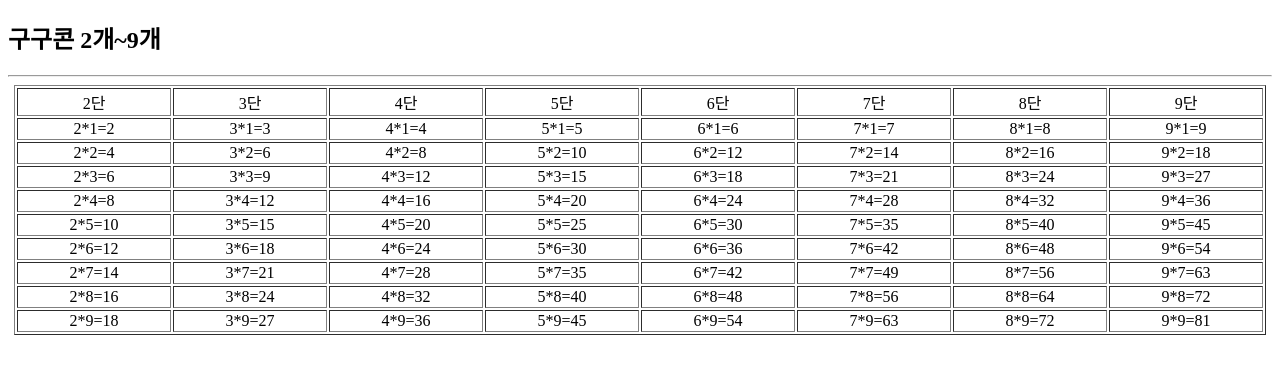
Repository: Leewonhoo/kostaweb
Page: http://localhost/Web_hello/LoopTest.jsp
An editor plug-in stored every save of this project. The page is shown before and after the next save, followed by the edit.
The browser window is 1280 px wide. The pictures show the whole page.
The page is served by Tomcat 9. Other server files are loaded and not shown.

Above is the page before, as saved 2017-09-15 05:24:45.

### Web_hello/WebContent/LoopTest.jsp
<%@ page language="java" contentType="text/html; charset=UTF-8"
    pageEncoding="UTF-8"%>
<!DOCTYPE html PUBLIC "-//W3C//DTD HTML 4.01 Transitional//EN" "http://www.w3.org/TR/html4/loose.dtd">
<html>
<head>
<meta http-equiv="Content-Type" content="text/html; charset=UTF-8">
<title>LoopTest</title>
</head>
<body>
	<h2>구구콘 2개~9개</h2>
	<hr>
	<table border="1" align="center">
		<tr>
			<% for(int i=2; i<10; i++) { %>
				<td align="center" width="150px"><%=i%>단</td>
			<% } %>
		</tr>
		<% for(int i=1; i<10; i++) { %>
			<tr>
			<% for(int j=2; j<10; j++) { %>
				<td align="center"><%=j%>*<%=i%>=<%=(i*j)%></td>
			<% } %>
			</tr>
		<% } %>
	</table>
</body>
</html>

After the next save:
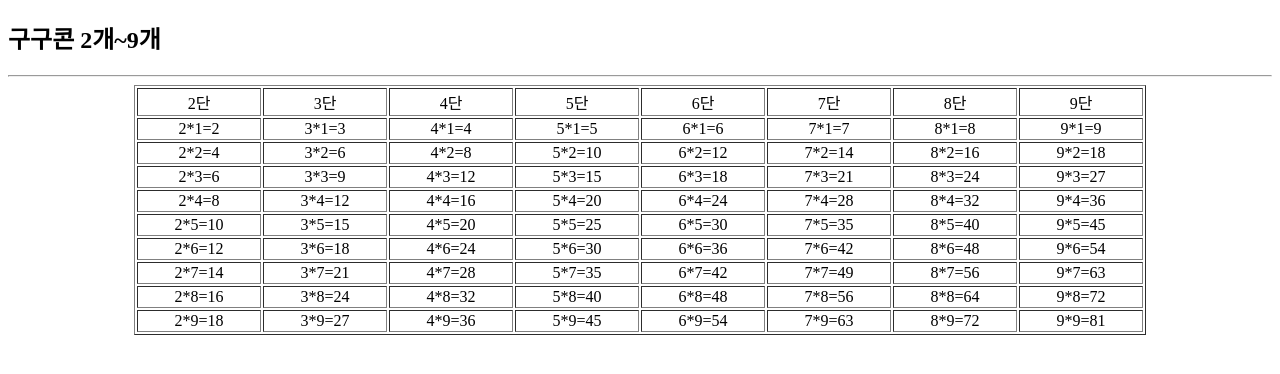
Saved 7 s later.
--- a/Web_hello/WebContent/LoopTest.jsp
+++ b/Web_hello/WebContent/LoopTest.jsp
@@ -12,7 +12,7 @@
 	<table border="1" align="center">
 		<tr>
 			<% for(int i=2; i<10; i++) { %>
-				<td align="center" width="150px"><%=i%>단</td>
+				<td align="center" width="120px"><%=i%>단</td>
 			<% } %>
 		</tr>
 		<% for(int i=1; i<10; i++) { %>
